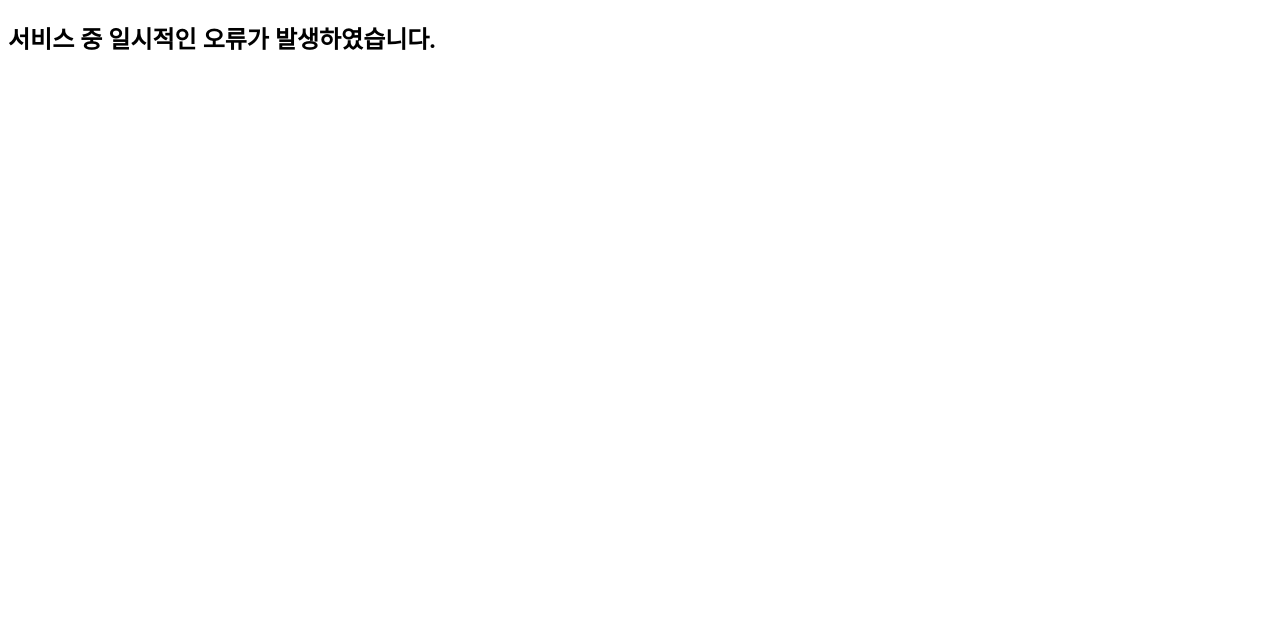
Repository: iamstudybox00/JSP_Servlet
Page: http://localhost/MustHaveJSP/01DirectiveScript/IsErrorPage.jsp
These files come from the project's save history. The page is drawn as it stood at one moment and after the next save; the edit follows.
The browser window is 1280 px wide. The pictures show the whole page.
The page is served by Tomcat 10. Other server files are loaded and not shown.

Above is the page before, as saved 2025-05-02 03:33:44.

### MustHaveJSP/src/main/webapp/01DirectiveScript/IsErrorPage.jsp
<%@ page language="java" contentType="text/html; charset=UTF-8"
    pageEncoding="UTF-8"%>
<!DOCTYPE html>
<html>
	<head>
	<meta charset="UTF-8">
	<title>page 지시어 - errorPage, isErrorPage 속성</title>
	</head>
	<body>
		<h2>서비스 중 일시적인 오류가 발생하였습니다.</h2>
		<div>

		</div>
	</body>
</html>

After the next save:
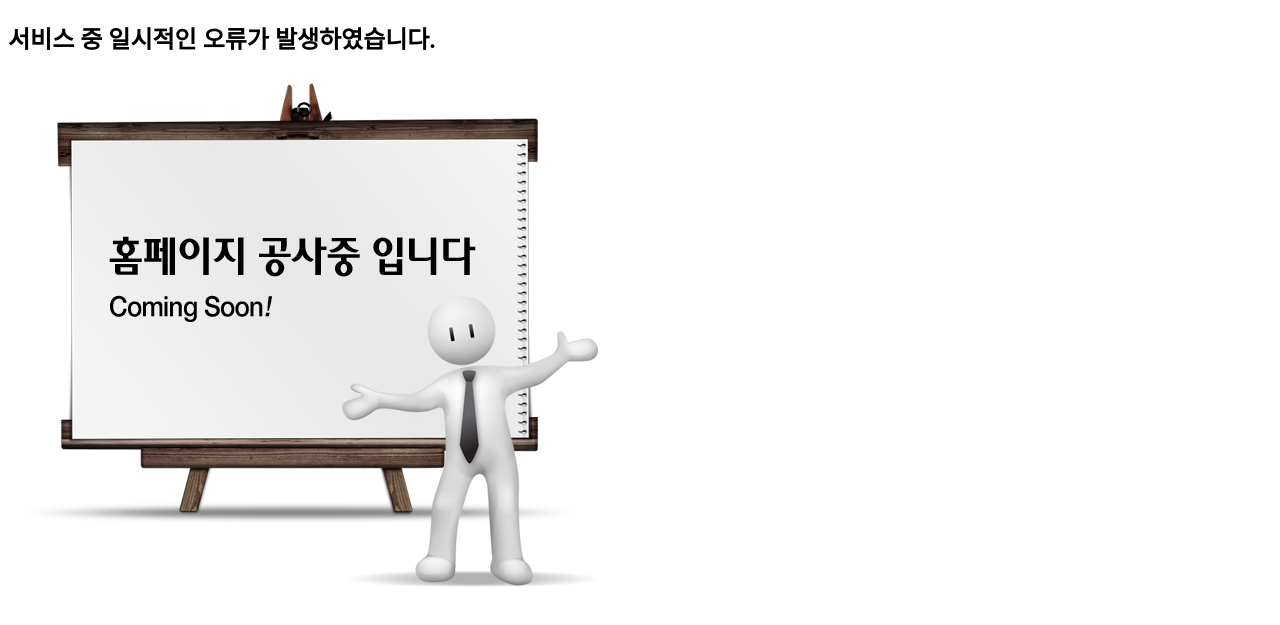
Saved 34 s later.
--- a/MustHaveJSP/src/main/webapp/01DirectiveScript/IsErrorPage.jsp
+++ b/MustHaveJSP/src/main/webapp/01DirectiveScript/IsErrorPage.jsp
@@ -9,7 +9,7 @@
 	<body>
 		<h2>서비스 중 일시적인 오류가 발생하였습니다.</h2>
 		<div>
-
+			<img src="../images/Error.jpg";
 		</div>
 	</body>
 </html>
